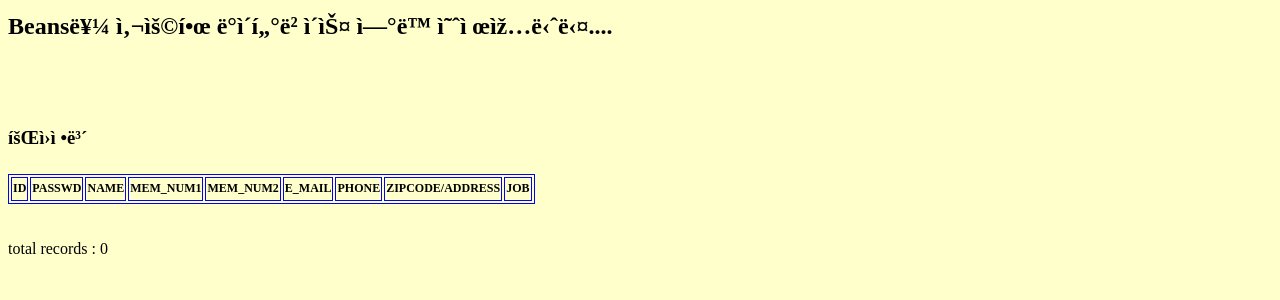
Repository: bjkim247/webproject
Page: http://localhost/jsptest/jdbc/usingBean.jsp
The author's editor kept a copy of each file at every save. The page is drawn from the files as they stood at one save, then again after the next save.
The browser window is 1280 px wide. The pictures show the whole page.
The page is served by Tomcat 10. Other server files are loaded and not shown. Queries for data that is not in the repository find no rows.

Above is the page before, as saved 2023-12-04 01:27:01.

### webproject/jsptest/src/main/webapp/jdbc/usingBean.jsp
<%@page import="jdbc.TempMemberVO"%>
<%@page import="java.util.Vector"%>
<jsp:useBean id="dao" class="jdbc.TempMemberDAO" scope="page" />
<html>
<head>
<title>JSP에서 데이터베이스 연동</title>
<link href="style.css" rel="stylesheet" type="text/css">
</head>
<body bgcolor="#FFFFCC">
<h2>Beans를 사용한 데이터베이스 연동 예제입니다....</h2>
<br></br>
<h3>회원정보</h3>
<table bordercolor="#0000ff" border="1">
<tr>
   <td><strong>ID</strong></td>
   <td><strong>PASSWD</strong></td>
   <td><strong>NAME</strong></td>
   <td><strong>MEM_NUM1</strong></td>
   <td><strong>MEM_NUM2</strong></td>
   <td><strong>E_MAIL</strong></td>
   <td><strong>PHONE</strong></td>
   <td><strong>ZIPCODE/ADDRESS</strong></td>
   <td><strong>JOB</strong></td>
</tr>

<%
Vector<TempMemberVO> vlist = dao.getMemberList();
int counter = vlist.size();
for(int i=0; i<vlist.size(); i++){
   TempMemberVO vo = vlist.elementAt(i);
%>
<tr>
<td><%=vo.getId()%></td>
<td><%=vo.getPasswd()%></td>
<td><%=vo.getName()%></td>
<td><%=vo.getMem_num1()%></td>
<td><%=vo.getMem_num2()%></td>
<td><%=vo.getEmail()%></td>
<td><%=vo.getPhone()%></td>
<td><%=vo.getZipcode()%>/<%=vo.getAddress()%></td>
<td><%=vo.getJob()%></td>
<%
   }
%>
</tr>
</table>
<br></br>
total records : <%= counter %>
</body>
</html>

### webproject/jsptest/src/main/java/jdbc/TempMemberDAO.java
package jdbc;

import java.sql.Connection;
import java.sql.DriverManager;
import java.sql.ResultSet;
import java.sql.SQLException;
import java.sql.Statement;
import java.util.Vector;

import javax.naming.Context;
import javax.naming.InitialContext;
import javax.sql.DataSource;

public class TempMemberDAO {

	private final String JDBC_DRIVER = "oracle.jdbc.driver.OracleDriver";
	private final String JDBC_URL = "jdbc:oracle:thin:@localhost:1521:xe";
	private final String USER = "hr";
	private final String PASS = "hr";

	public TempMemberDAO() {
		try {
			Class.forName(JDBC_DRIVER);
		} catch (Exception e) {
			System.out.println("Error : JDBC 드라이버 로딩 실패");
		}
	}

	public Connection getConnection() {
		Connection conn = null;
		try {
			Context init = new InitialContext();
			DataSource ds = (DataSource) init.lookup("java:comp/env/jdbc/myOracle");
			conn = ds.getConnection();
		} catch (Exception e) {
			System.err.println("Connection 생성실패");
		}
		return conn;

	}

	public Vector<TempMemberVO> getMemberList() {
//    ConnectionPool pool = null;
		Connection conn = null;
		Statement stmt = null;
		ResultSet rs = null;
		Vector<TempMemberVO> vecList = new Vector<TempMemberVO>();
		try {
//			pool = ConnectionPool.getInstance();
			conn = this.getConnection();
			String strQuery = "select * from tempMember";
			stmt = conn.createStatement();
			rs = stmt.executeQuery(strQuery);
			while (rs.next()) {
				TempMemberVO vo = new TempMemberVO();
				vo.setId(rs.getString("id"));
				vo.setPasswd(rs.getString("passwd"));
				vo.setName(rs.getString("name"));
				vo.setMem_num1(rs.getString("mem_num1"));
				vo.setMem_num2(rs.getString("mem_num2"));
				vo.setEmail(rs.getString("e_mail"));
				vo.setPhone(rs.getString("phone"));
				vo.setZipcode(rs.getString("zipcode"));
				vo.setAddress(rs.getString("address"));
				vo.setJob(rs.getString("job"));
				vecList.add(vo);
			}
		} catch (Exception ex) {
			System.out.println("Exception" + ex);
		} finally {
			if (rs != null)
				try {
					rs.close();
				} catch (SQLException e) {
				}
			if (stmt != null)
				try {
					stmt.close();
				} catch (SQLException e) {
				}
			if (conn != null)
				try {
					conn.close();
				} catch (SQLException e) {
				}
		}
		return vecList;
	}
}

### webproject/jsptest/src/main/webapp/jdbc/style.css
@CHARSET "UTF-8"
BODY {

FONT-SIZE: 9pt; COLOR: black; LINE-HEIGHT: 160%;
}

TD {

FONT-SIZE: 9pt; COLOR: black; LINE-HEIGHT: 160%;
}

SELECT {

FONT-SIZE: 9pt; COLOR: black; LINE-HEIGHT: 160%;
}

DIV {

FONT-SIZE: 9pt; COLOR: black; LINE-HEIGHT: 160%;
}

FORM {

FONT-SIZE: 9pt; COLOR: black; LINE-HEIGHT: 160%;
}
TEXTAREA {
BORDER-RIGHT: 1px solid #999999; BORDER-TOP: 1px solid #999999;
FONT-SIZE: 9pt; BORDER-LEFT: 1px solid #999999; COLOR: BLACK;  BORDER-BOTTOM: 1px solid #999999;
BACKGROUND-COLOR: white
}

INPUT {

BORDER-RIGHT: 1px solid #999999; BORDER-TOP: 1px solid #999999;
FONT-SIZE: 9pt; BORDER-LEFT: 1px solid #999999; COLOR: BLACK;  BORDER-BOTTOM: 1px solid #999999;
}

A:link {text-decoration:none;color:#696969;}

A:hover{text-decoration:yes;color:#66CCFF;}

A:visited {text-decoration:none;color:#330066;}

### webproject/jsptest/src/main/webapp/error/error500.jsp
<%@ page language="java" contentType="text/html; charset=UTF-8"
    pageEncoding="UTF-8"%>
<%
    response.setStatus(HttpServletResponse.SC_OK);
%>
<html>
<head><title>500 에러 발생</title></head>
<body>
<b>서비스 처리 과정에서 에러가 발생하였습니다.</b>
<br>
빠른 시간안에 문제를 해결하도록 노력하겠습니다.
</body>
</html>

After the next save:
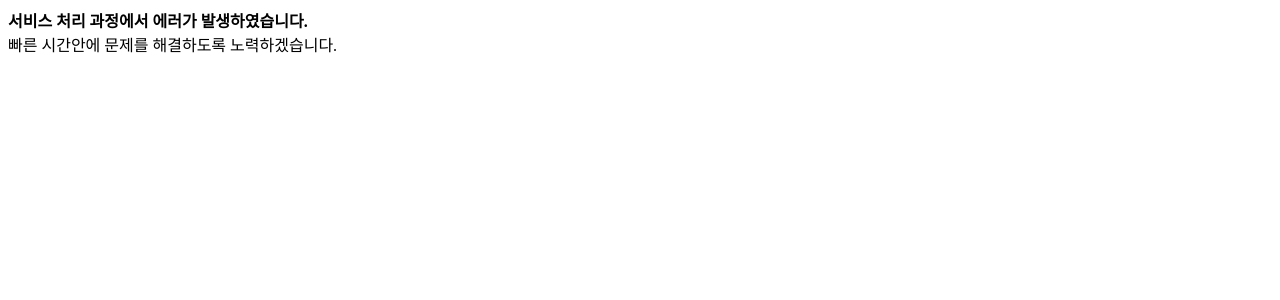
Saved 3 min 2 s later.
--- a/webproject/jsptest/src/main/webapp/jdbc/usingBean.jsp
+++ b/webproject/jsptest/src/main/webapp/jdbc/usingBean.jsp
@@ -1,6 +1,6 @@
 <%@page import="jdbc.TempMemberVO"%>
 <%@page import="java.util.Vector"%>
-<jsp:useBean id="dao" class="jdbc.TempMemberDAO" scope="page" />
+<jsp:useBean id="dao" class="jdbc.TempMemberDAO" scope="page" charset = "utf-8" />
 <html>
 <head>
 <title>JSP에서 데이터베이스 연동</title>

After the save that followed:
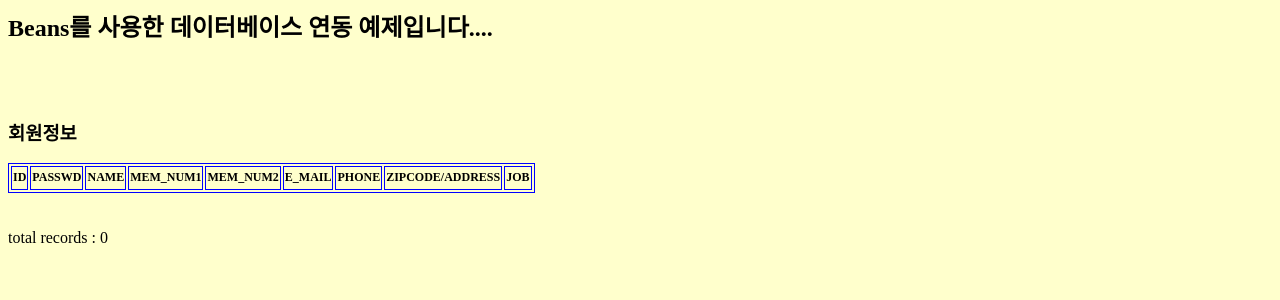
Saved 38 s later.
--- a/webproject/jsptest/src/main/webapp/jdbc/usingBean.jsp
+++ b/webproject/jsptest/src/main/webapp/jdbc/usingBean.jsp
@@ -1,6 +1,8 @@
 <%@page import="jdbc.TempMemberVO"%>
 <%@page import="java.util.Vector"%>
-<jsp:useBean id="dao" class="jdbc.TempMemberDAO" scope="page" charset = "utf-8" />
+<%@ page language="java" contentType="text/html; charset=UTF-8"
+    pageEncoding="UTF-8"%>
+<jsp:useBean id="dao" class="jdbc.TempMemberDAO" scope="page" />
 <html>
 <head>
 <title>JSP에서 데이터베이스 연동</title>
